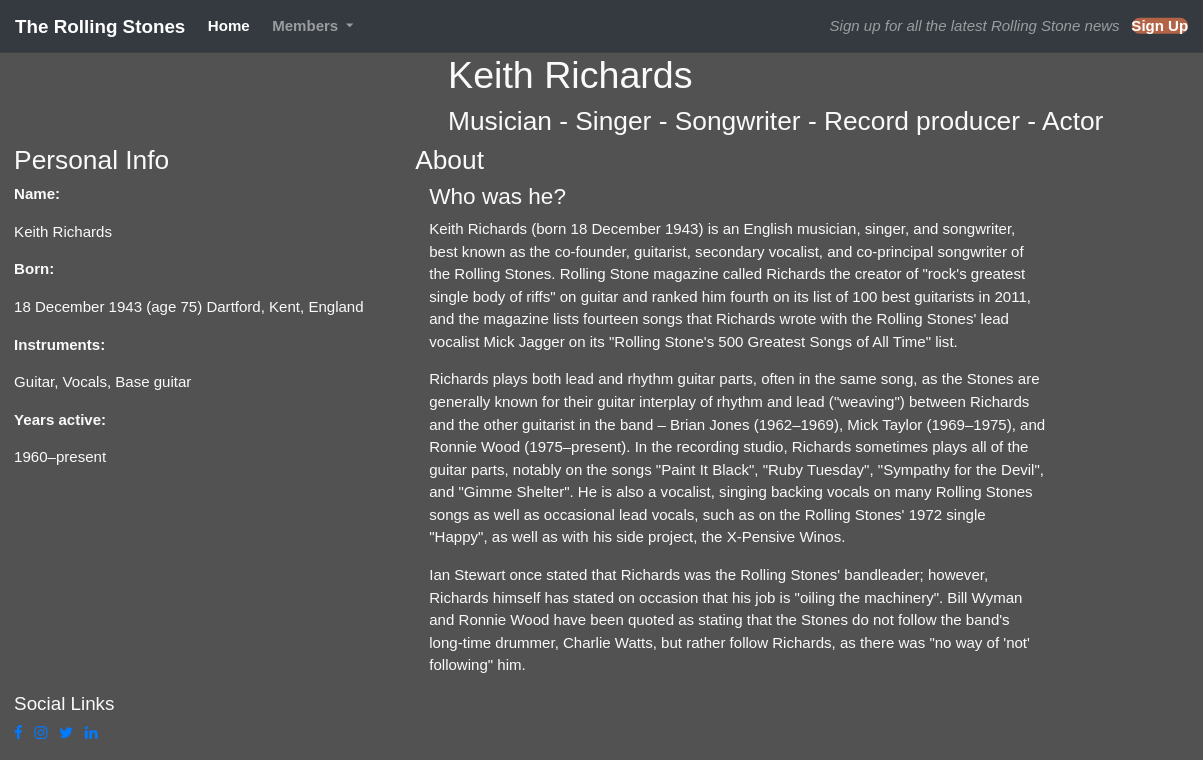
Repository: TecDruid/rolling-stones-fan-site
Page: keith-richards.html
The author's editor kept a record of every edit. The page is drawn from the files as they stood at one moment, then again after the next edit.
The browser window is 1280 px wide. The pictures show the whole page, at 94% of full size.
Some web fonts or font styles are not loaded; a fallback is used. Some web libraries are served in a nearby version.

Above is the page before.

### keith-richards.html
<!DOCTYPE html>
<html lang="en-us">

<head>
    <meta charset="utf-8">
    <meta name="viewport" content="width=device-width, initial-scale=1.0">
    <link rel="stylesheet" href="https://maxcdn.bootstrapcdn.com/bootstrap/4.1.3/css/bootstrap.min.css">
    <link rel="stylesheet" href="https://use.fontawesome.com/releases/v5.6.1/css/all.css" integrity="sha384-gfdkjb5BdAXd+lj+gudLWI+BXq4IuLW5IT+brZEZsLFm++aCMlF1V92rMkPaX4PP" crossorigin="anonymous">
    <link rel="stylesheet" href="https://stackpath.bootstrapcdn.com/font-awesome/4.7.0/css/font-awesome.min.css" type="text/css" />
    <link href="https://fonts.googleapis.com/css?family=Stylish" rel="stylesheet">
    <link rel="stylesheet" href="css/style.css" type="text/css" />
    <title>Keith Richards</title>
</head>

<body>

    <!----------------------------------------Nav--------------------------------------------->


    <div class="nav-container"></div>
    <nav class="navbar navbar-dark navbar-expand-sm bg-dark">
        <a href="index.html" class="navbar-brand">
                    The Rolling Stones</a>

        <button class="navbar-toggler ml-auto" type="button" data-toggle="collapse" data-target="#navbarNavDropdown" aria-controls="navbarNavDropdown" aria-expanded="false" aria-label="Toggle navigation">
        <span class="navbar-toggler-icon"></span></button>

        <div class="collapse navbar-collapse" id="navbarNavDropdown">
            <ul class="navbar-nav mr-auto">
                <li class="active nav-item mr-2"><a class="nav-link" href="index.html">Home</a></li>
                <li class="nav-item dropdown">
                    <a class="nav-link dropdown-toggle" href="#" id="navbarDropdownMenuLink" role="button" data-toggle="dropdown" aria-haspopup="true" aria-expanded="false">
          Members
        </a>
                    <div class="dropdown-menu" aria-labelledby="navbarDropdownMenuLink">
                        <a class="dropdown-item" href="brian-jones.html">Brian Jones</a>
                        <a class="dropdown-item" href="mick-jagger.html">Mick Jagger</a>
                        <a class="dropdown-item" href="keith-richards.html">Keith Richards</a>
                        <a class="dropdown-item" href="bill-wyman.html">Bill Wyman</a>
                        <a class="dropdown-item" href="charlie-watts.html">Charlie Watts</a>
                        <a class="dropdown-item" href="ronnie-wood.html">Ronnie Wood</a>
                        <a class="dropdown-item" href="ian-stewart.html">Ian Stewart</a>
                        <a class="dropdown-item" href="mike-taylor.html">Mick Taylor</a>
                    </div>
                </li>

                <li class="nav-item mr-2 d-block d-sm-none"><a class="nav-link" href="sign-up.html">Sign Up</a></li>
            </ul>
        </div>
        <div class="d-none d-md-block">
            <p class="navbar-text my-auto mr-2"><i>Sign up for all the latest Rolling Stone news</i></p>
            <a href="sign-up.html" class="btn--cta btn--brown">Sign Up</a>
        </div>
    </nav>

    <!-- -------------------------- The Header ---------------------------- -->

    <header>
        <div class="row no-gutters">
            <a class="col-md-4 logo keith-profile" href="index.html"></a>
            <div class="col-md-8">
                <div class="row no-gutters bg-color-name-title">
                    <div class="col heading">
                        <h1 class="name">Keith Richards</h1>
                        <h3 class="title"> Musician - Singer - Songwriter - Record producer - Actor</h3>
                    </div>
                </div>
            </div>
        </div>
    </header>

    <!-- -------------------------- The Section ---------------------------- -->

    <section class="container-fluid">
        <div class="row">
            <div class="col-md-4 bg-colour-personal-info section-column">
                <div class="row">
                    <div class="col-12">
                        <h3 class="section-heading uppercase">Personal Info</h3>
                    </div>
                </div>
                <div class="personal-info-item">
                    <div class="key">
                        <p class="uppercase">
                            <strong>Name:</strong>
                        </p>
                    </div>
                    <div class="value">
                        <p>
                            Keith Richards
                        </p>
                    </div>
                </div>
                <div class="personal-info-item">
                    <div class="key">
                        <p class="uppercase">
                            <strong>Born:</strong>
                        </p>
                    </div>
                    <div class="value">
                        <p>
                            18 December 1943 (age 75) Dartford, Kent, England
                        </p>
                    </div>
                </div>
                <div class="personal-info-item">
                    <div class="key">
                        <p class="uppercase">
                            <strong>Instruments:</strong>
                        </p>
                    </div>
                    <div class="value">
                        <p>
                            Guitar, Vocals, Base guitar
                        </p>
                    </div>
                </div>
                <div class="personal-info-item">
                    <div class="key">
                        <p class="uppercase">
                            <strong> Years active:</strong>
                        </p>
                    </div>
                    <div class="value">
                        <p>
                            1960–present
                        </p>
                    </div>
                </div>
            </div>

            <div class="col-md-8 bg-colour-three-reasons section-column">
                <div class="row">
                    <div class="col">
                        <h3 class="section-heading uppercase">About</h3>
                    </div>
                </div>
                <!-- <div class="row">
                    <div class="col-10 offset-1 offset-sm-0 col-sm-4 col-md-6">
                        <div class="row">
                            <div class="col-2">
                                <i class="three-reasons-icon fa fa-question" aria-hidden="true"></i>
                            </div> -->
                <div class="col-10">
                    <h4 class="three-reasons-heading uppercase">Who was he?</h4>
                    <p>
                        Keith Richards (born 18 December 1943) is an English musician, singer, and songwriter, best known as the co-founder, guitarist, secondary vocalist, and co-principal songwriter of the Rolling Stones. Rolling Stone magazine called Richards the creator of
                        "rock's greatest single body of riffs" on guitar and ranked him fourth on its list of 100 best guitarists in 2011, and the magazine lists fourteen songs that Richards wrote with the Rolling Stones' lead vocalist Mick Jagger on
                        its "Rolling Stone's 500 Greatest Songs of All Time" list.
                    </p>

                    <p>
                        Richards plays both lead and rhythm guitar parts, often in the same song, as the Stones are generally known for their guitar interplay of rhythm and lead ("weaving") between Richards and the other guitarist in the band – Brian Jones (1962–1969), Mick
                        Taylor (1969–1975), and Ronnie Wood (1975–present). In the recording studio, Richards sometimes plays all of the guitar parts, notably on the songs "Paint It Black", "Ruby Tuesday", "Sympathy for the Devil", and "Gimme Shelter".
                        He is also a vocalist, singing backing vocals on many Rolling Stones songs as well as occasional lead vocals, such as on the Rolling Stones' 1972 single "Happy", as well as with his side project, the X-Pensive Winos.
                    </p>
                    <p>
                        Ian Stewart once stated that Richards was the Rolling Stones' bandleader; however, Richards himself has stated on occasion that his job is "oiling the machinery". Bill Wyman and Ronnie Wood have been quoted as stating that the Stones do not follow the
                        band's long-time drummer, Charlie Watts, but rather follow Richards, as there was "no way of 'not' following" him.
                    </p>
                </div>
            </div>
        </div>

        </div>
        </div>
        </div>

    </section>

    <!-- -------------------------- The Footer ---------------------------- -->

    <footer class="container-fluid">
        <div id="footer-details" class="row">
            <div class="col-sm-4">
                <h5 class="uppercase general-sub">Social Links</h5>

                <ul class="list-inline social-links">
                    <li class="list-inline-item">
                        <a target="_blank" href="#">
                            <i class="fa fa-facebook" aria-hidden="true"></i>
                            <span class="sr-only">Facebook</span>
                        </a>
                    </li>
                    <li class="list-inline-item">
                        <a target="_blank" href="#">
                            <i class="fa fa-instagram" aria-hidden="true"></i>
                            <span class="sr-only">Instagram</span>
                            </a>
                    </li>

                    <li class="list-inline-item">
                        <a target="_blank" href="#">
                            <i class="fa fa-twitter" aria-hidden="true"></i>
                            <span class="sr-only">Twitter</span>
                            </a>
                    </li>
                    <li class="list-inline-item">
                        <a target="_blank" href="#">
                            <i class="fa fa-linkedin" aria-hidden="true"></i>
                            <span class="sr-only">LinkedIn</span>
                        </a>
                    </li>
                </ul>

            </div>
        </div>
    </footer>

    <script src="https://code.jquery.com/jquery-3.3.1.slim.min.js" integrity="sha384-q8i/X+965DzO0rT7abK41JStQIAqVgRVzpbzo5smXKp4YfRvH+8abtTE1Pi6jizo" crossorigin="anonymous"></script>
    <script src="https://cdnjs.cloudflare.com/ajax/libs/popper.js/1.14.3/umd/popper.min.js" integrity="sha384-ZMP7rVo3mIykV+2+9J3UJ46jBk0WLaUAdn689aCwoqbBJiSnjAK/l8WvCWPIPm49" crossorigin="anonymous"></script>
    <script src="https://stackpath.bootstrapcdn.com/bootstrap/4.1.3/js/bootstrap.min.js" integrity="sha384-ChfqqxuZUCnJSK3+MXmPNIyE6ZbWh2IMqE241rYiqJxyMiZ6OW/JmZQ5stwEULTy" crossorigin="anonymous"></script>

</body>

</html>

### css/style.css
/* Header */
header {
    margin: 0;
}

.heading {
    margin-left: 50px;
}
/* sub page images */

.bill-profile {
    background-image: url("../img/bill-prof.jpg");
    background-position: center;
    background-repeat: no-repeat;
    background-size: cover;
    min-height: 360px;
    transition: all .5s ease-in-out;
    -moz-transition: all .5s ease-in-out;
    -webkit-transition: all .5s ease-in-out;
}

 .brian-profile  {
    background-image: url("../img/brian-jones.png");
    background-position: center;
    background-repeat: no-repeat;
    background-size: cover;
    min-height: 360px;
    transition: all .5s ease-in-out;
    -moz-transition: all .5s ease-in-out;
    -webkit-transition: all .5s ease-in-out;
}

.charlie-profile  {
    background-image: url("../img/charlie-watts.jpg");
    background-position: center;
    background-repeat: no-repeat;
    background-size: cover;
    min-height: 360px;
    transition: all .5s ease-in-out;
    -moz-transition: all .5s ease-in-out;
    -webkit-transition: all .5s ease-in-out;
}

.taylor-profile {
    background-image: url("../img/mike-taylor.jpg");
    background-position: center;
    background-repeat: no-repeat;
    background-size: cover;
    min-height: 360px;
    transition: all .5s ease-in-out;
    -moz-transition: all .5s ease-in-out;
    -webkit-transition: all .5s ease-in-out;
}

{
    background-image: url("../img/mike-taylor.jpg");
    background-position: center;
    background-repeat: no-repeat;
    background-size: cover;
    min-height: 360px;
    transition: all .5s ease-in-out;
    -moz-transition: all .5s ease-in-out;
    -webkit-transition: all .5s ease-in-out;
}

{
    background-image: url("../img/mike-taylor.jpg");
    background-position: center;
    background-repeat: no-repeat;
    background-size: cover;
    min-height: 360px;
    transition: all .5s ease-in-out;
    -moz-transition: all .5s ease-in-out;
    -webkit-transition: all .5s ease-in-out;
}

{
    background-image: url("../img/mike-taylor.jpg");
    background-position: center;
    background-repeat: no-repeat;
    background-size: cover;
    min-height: 360px;
    transition: all .5s ease-in-out;
    -moz-transition: all .5s ease-in-out;
    -webkit-transition: all .5s ease-in-out;
}

/* Body */
body {
    font-family: 'Stylish', sans-serif;
    background-color: #525252;
    color: #fafafa;
    min-height: 120px;
    margin: 0;
}

/* Containers */

.nav-container {
    position: absolute;
    top: 0;
    right: 0;
    margin-left: 0;
    margin-right: 0;
    z-index: 1;

}

.navbar .navbar-brand {
    font-weight: bold;
}

.navbar .navbar-nav a {
    font-weight: bold;
}

.navbar-toggler {
    border-width: 0;
}

.alert-warning {
    padding-left: 10;
    padding-right: 0;
    color: #fff;
    background-color: #c9572b;
}

.alert {
    margin-bottom: 0;
    border-width: 0;
    border-radius: 0;
}

.callout-container {
    height: 100vh;

    background: url('../img/the-rolling-stones-bg.jpg') no-repeat bottom right fixed;
    -webkit-background-size: cover;
    -moz-background-size: cover;
    -o-background-size: cover;
    background-size: cover;

    display: flex;
    align-items: center;
    justify-content: center;

    position: relative;
}

.callout2-container {
    height: 100vh;

    background: url('../img/the-rolling-stones-bg2.jpg') no-repeat bottom right fixed;
    -webkit-background-size: cover;
    -moz-background-size: cover;
    -o-background-size: cover;
    background-size: cover;

    display: flex;
    align-items: center;
    justify-content: center;

    position: relative;
}

.opaque-overlay {
    position: absolute;
    top: 0;
    left: 0;
    height: 100%;
    width: 100%;
    background-color: rgba(0, 0, 0, 0.5);
}

.features-container {
    background-color: #c9572b;
}

/* Block dividers */

.block-divider {
    width: 175px;
    height: 5px;
    border: 0;
    background-color: #444;
}

.block-divider--orange {
    background-color: #f88f10;
}

.block-divider--short {
    width: 35px;
}

/* Jumbotron */

.jumbotron {
    background-color: transparent;
}

.jumbotron h1 {
    color: white;
    font-weight: bold;
    margin-bottom: 30px;
    color: white;
}

.jumbotron .lead {
    color: #a7a7a7;
    margin: 25px 0;
}

.jumbotron small {
    font-size: 60%;
    font-style: italic;
    color: #d0d0d0;
}

/* Buttons */

.btn--cta {
    font-weight: bold;
    border-radius: 23px;
    width: 160px;
}

.btn--brown {
    color: white;
    background-color: #b36447;
    border-color: #b36447;
}

.btn--brown:hover,
.btn--brown:active,
.btn--brown:focus,
.btn--brown:active:focus {
    background-color: #df4929;
    border-color: #df4929;
    color: white;
}

After the next edit:
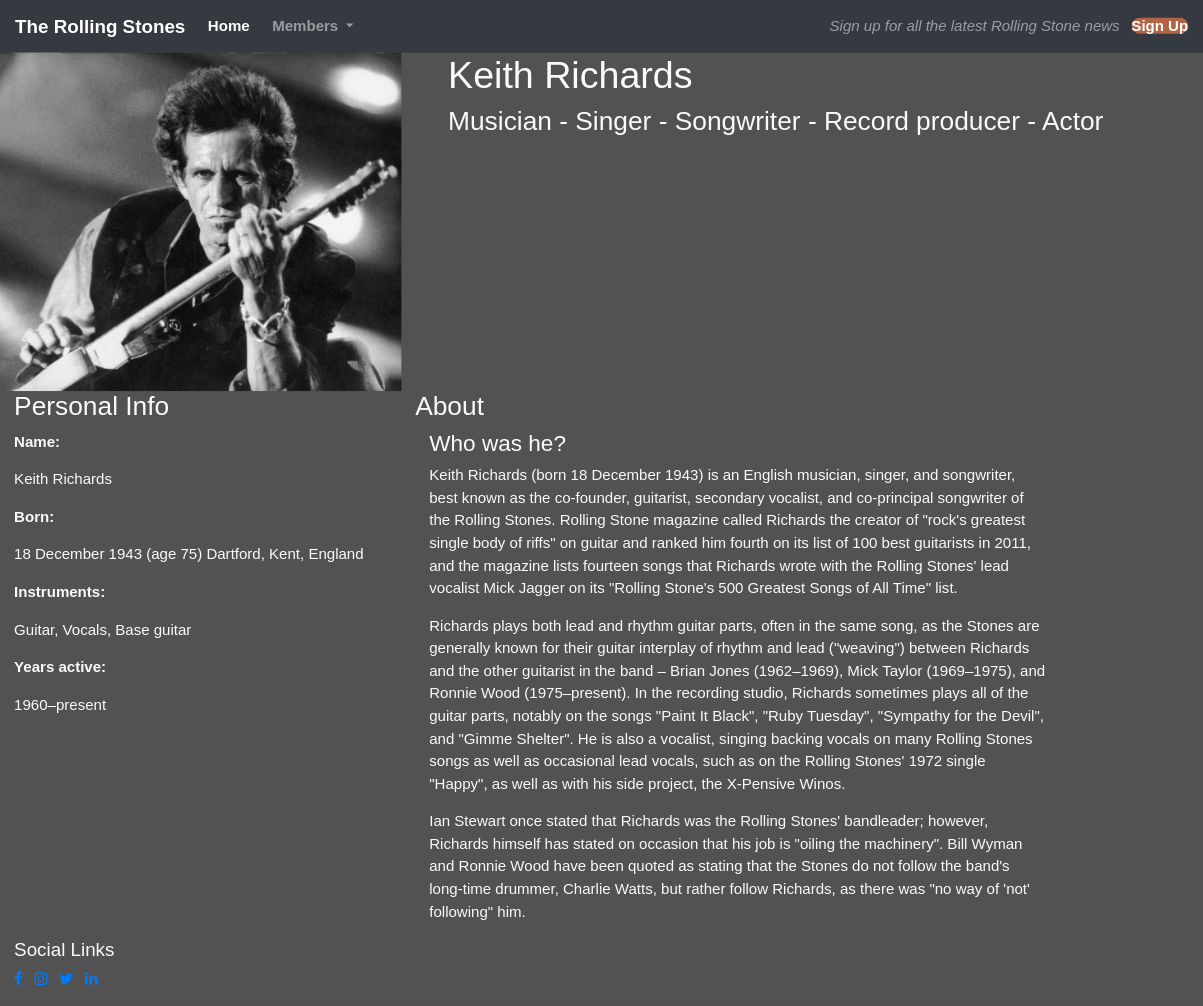
The edit:
--- a/css/style.css
+++ b/css/style.css
@@ -1,4 +1,5 @@
 /* Header */
+
 header {
     margin: 0;
 }
@@ -6,6 +7,7 @@
 .heading {
     margin-left: 50px;
 }
+
 /* sub page images */
 
 .bill-profile {
@@ -19,7 +21,7 @@
     -webkit-transition: all .5s ease-in-out;
 }
 
- .brian-profile  {
+.brian-profile {
     background-image: url("../img/brian-jones.png");
     background-position: center;
     background-repeat: no-repeat;
@@ -30,7 +32,7 @@
     -webkit-transition: all .5s ease-in-out;
 }
 
-.charlie-profile  {
+.charlie-profile {
     background-image: url("../img/charlie-watts.jpg");
     background-position: center;
     background-repeat: no-repeat;
@@ -52,7 +54,18 @@
     -webkit-transition: all .5s ease-in-out;
 }
 
-{
+.keith-profile {
+    background-image: url("../img/keith-richards.jpg");
+    background-position: center;
+    background-repeat: no-repeat;
+    background-size: cover;
+    min-height: 360px;
+    transition: all .5s ease-in-out;
+    -moz-transition: all .5s ease-in-out;
+    -webkit-transition: all .5s ease-in-out;
+}
+
+    {
     background-image: url("../img/mike-taylor.jpg");
     background-position: center;
     background-repeat: no-repeat;
@@ -63,7 +76,7 @@
     -webkit-transition: all .5s ease-in-out;
 }
 
-{
+    {
     background-image: url("../img/mike-taylor.jpg");
     background-position: center;
     background-repeat: no-repeat;
@@ -74,18 +87,8 @@
     -webkit-transition: all .5s ease-in-out;
 }
 
-{
-    background-image: url("../img/mike-taylor.jpg");
-    background-position: center;
-    background-repeat: no-repeat;
-    background-size: cover;
-    min-height: 360px;
-    transition: all .5s ease-in-out;
-    -moz-transition: all .5s ease-in-out;
-    -webkit-transition: all .5s ease-in-out;
-}
-
 /* Body */
+
 body {
     font-family: 'Stylish', sans-serif;
     background-color: #525252;
